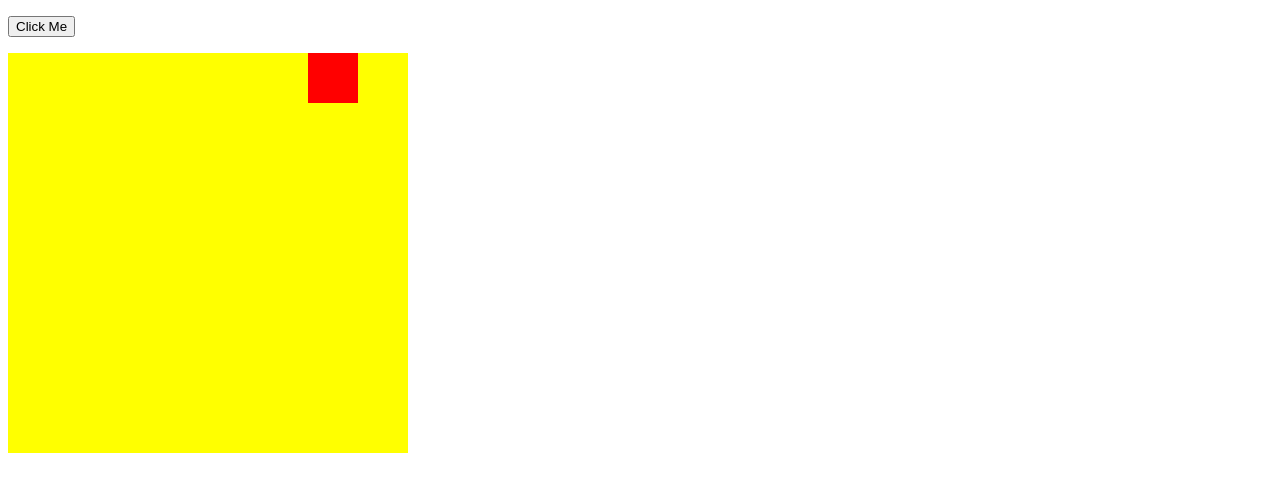
Repository: jcohenp/DI_Exercises
Page: W3/D3/normal/ex_1/index.html
These files come from the project's save history. The page is drawn as it stood at one moment and after the next save; the edit follows.
The browser window is 1280 px wide. The pictures show the whole page.
After loading, the first visible `button` was clicked once.

Above is the page before, as saved 2020-08-25 15:24:53.

After the next save:
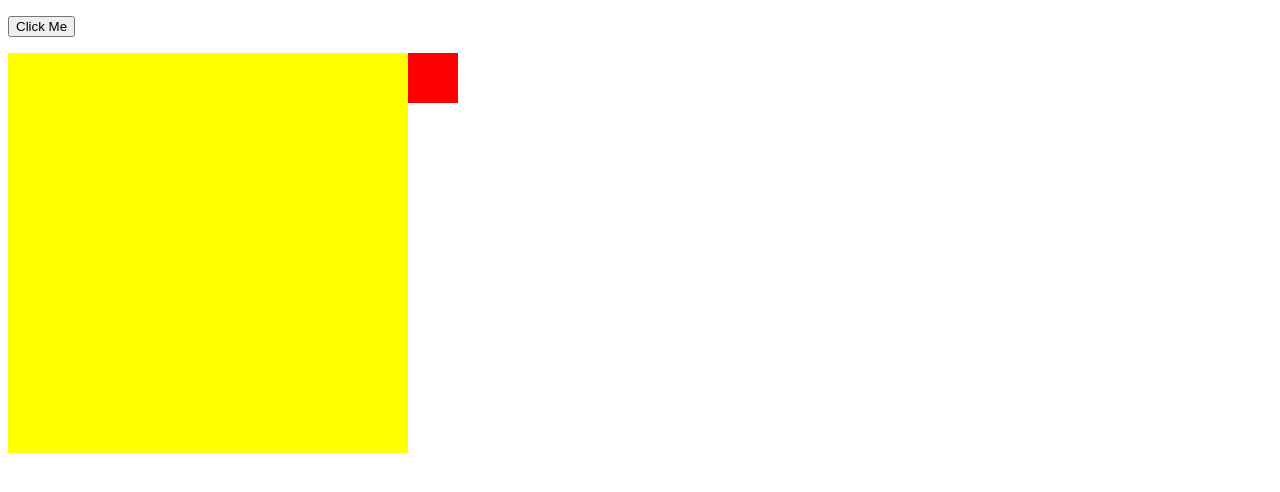
Saved 45 s later.
--- a/W3/D3/normal/ex_1/js/script.js
+++ b/W3/D3/normal/ex_1/js/script.js
@@ -3,16 +3,17 @@ function myMove() {
     let container = document.getElementById("container");
     container.style.position = "relative";
     box.style.position = "absolute";
+    box.style.width = "50px"
     let speed = 1;
     var pos = 0;
     var id = setInterval(frame, 5);
 
     function frame() {
-        if (pos == 350) {
+        if (pos == 100) {
             clearInterval(id);
         } else {
             pos += speed;
-            box.style.left = pos + "px"
+            box.style.left = pos + "%"
         }
     }
 
